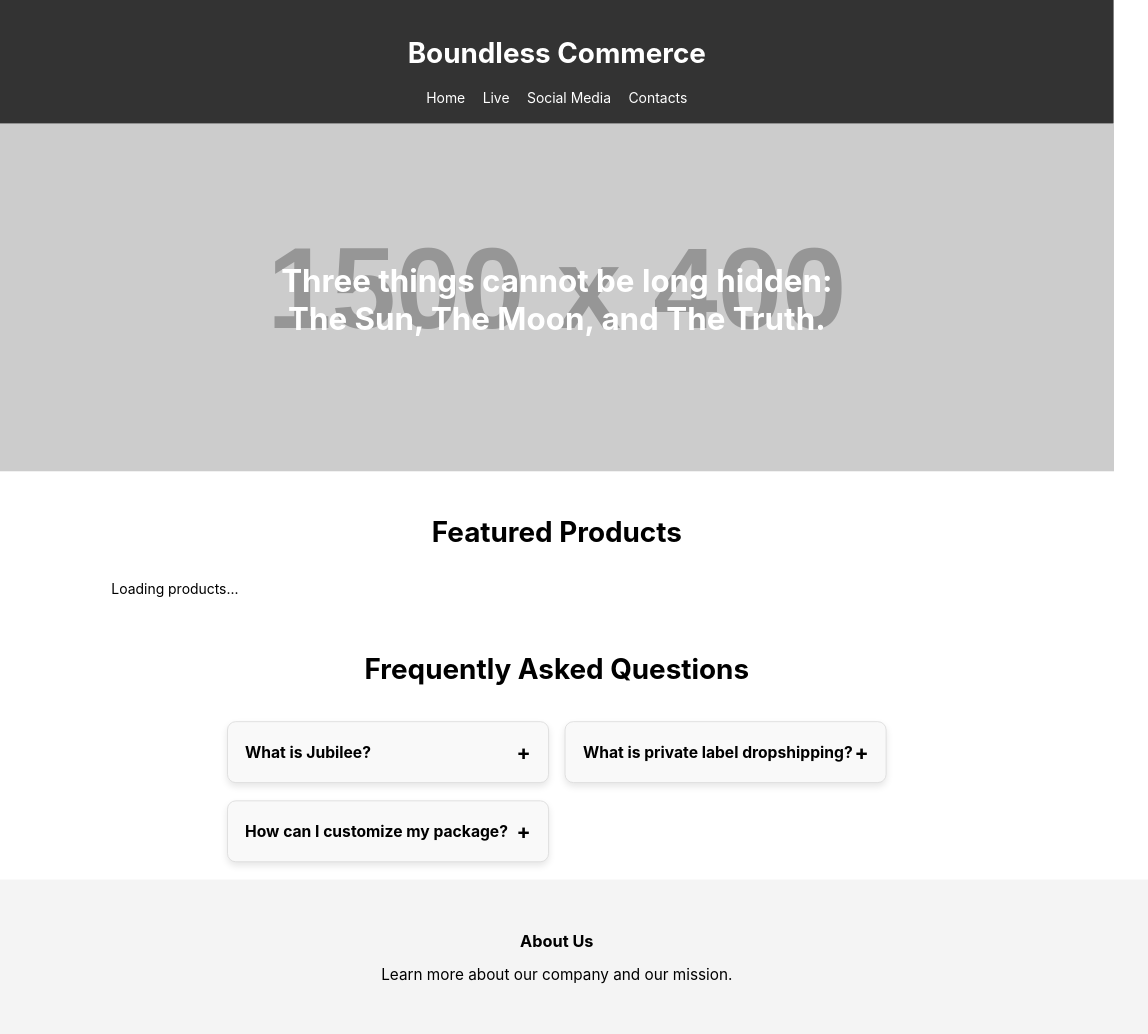
Repository: Nn-Exe/chunar-ecommerce
Page: / (app in ecommerce-frontend/)
The author's editor kept a copy of each file at every save. The page is drawn from the files as they stood at one save, then again after the next save.
The browser window is 1280 px wide. The page is 1320 px wide, so the pictures cover 1320 px, including what lies to the right of the window. The pictures show the whole page, at 87% of full size.
The page's requests for data from a server got no answer. The project was rebuilt for these pictures with package versions that can differ from the ones it lists, and the page was loaded fresh each time. No one was signed in, and anything a server would have sent is missing.

Above is the page before, as saved 2024-09-11 14:34:10.

### ecommerce-frontend/src/App.js
import React, { useState, useEffect } from 'react';
import './App.css';
import { BrowserRouter as Router, Route, Routes } from 'react-router-dom';  // Importing React Router
import Navbar from './components/Navbar';  // Correct way to import default export
import HeroSection from './components/HeroSection';  // Correct way to import default export
import ProductList from './components/ProductList';  // Correct way to import default export
import Faq from './components/Faq';  // Import the Faq component from the components folder

// Home page component (the default view)
function Home({ products }) {
  return (
    <div className="home-page">
      {/* Hero Section */}
      <div className="hero-container">
        <HeroSection />
      </div>

      {/* Featured Products Section */}
      <section className="products-section">
        <div className="section-header">
          <h2>Featured Products</h2>
        </div>

        <div className="product-grid">
          <ProductList products={products} />
        </div>
      </section>

      <br />

      {/* FAQ Section */}
      <Faq />  {/* Using the imported Faq component */}

      {/* Add more sections here */}

      <br />

      <section className="about-section">
        <div className="about-content">
          <h3>About Us</h3>
          <p>Learn more about our company and our mission.</p>
        </div>
      </section>
    </div>
  );
}

// Other page components
function Live() {
  return <h2>Live Page</h2>;
}

function Contacts() {
  return <h2>Contacts Page</h2>;
}

function SocialMedia() {
  // External link can be opened using an anchor tag, so no need for a separate page.
  window.location.href = "https://linktr.ee/chunar.co";  // Redirect to external social media page
  return null;
}

function App() {
  const [products, setProducts] = useState([]);

  useEffect(() => {
    fetch('http://localhost:5000/api/products')
      .then((response) => response.json())
      .then((data) => setProducts(data))
      .catch((error) => console.error('Error fetching products:', error));
  }, []);

  return (
    <Router>
      <div className="App">
        <header className="App-header">
          <h1>Boundless Commerce</h1>
          <Navbar />
        </header>

        <Routes>
          {/* Home page route */}
          <Route path="/" element={<Home products={products} />} />

          {/* Other pages */}
          <Route path="/live" element={<Live />} />
          <Route path="/contacts" element={<Contacts />} />

          {/* Redirect to external social media link */}
          <Route path="/social-media" element={<SocialMedia />} />
        </Routes>
      </div>
    </Router>
  );
}

export default App;

### ecommerce-frontend/src/App.css
/* ------------- Main Structure ------------ */

.App-header {
  background-color: #333;
  color: white;
  padding: 20px;
  text-align: center;
}

nav ul {
  list-style-type: none;
  padding: 0;
  margin: 0;
  display: flex;
  justify-content: center;
  gap: 20px;
}

nav ul li a {
  color: white;
  text-decoration: none;
  font-size: 16px;
}

.hero {
  position: relative;
  text-align: center;
}

.hero-banner {
  width: 100%;
  height: 400px;
  object-fit: cover;
}

.hero-text {
  position: absolute;
  top: 50%;
  left: 50%;
  transform: translate(-50%, -50%);
  color: white;
  font-size: 24px;
  font-weight: bold;
}

.products {
  padding: 40px;
  text-align: center;
}

.product-list {
  display: grid;
  grid-template-columns: repeat(5, 1fr);
  gap: 20px;
}

.product-card {
  border: 1px solid #ddd;
  padding: 20px;
  text-align: center;
  transition: transform 0.3s;
}

.product-card img {
  max-width: 100%;
  height: auto;
  margin-bottom: 10px;
}

.product-card:hover {
  transform: scale(1.05);
}


.product-card img {
  width: 200px;
  height: 200px;
  object-fit: cover;   /* Ensures the image covers the given area */
  border-radius: 10px; /* Optional: adds rounded corners */
}



/* ----------- Home Div -------------- */

/* App.css */

.home-page {
  display: flex;
  flex-direction: column;
  align-items: center;
}

/* Hero Section */
.hero-container {
  width: 100%;
  margin-bottom: 20px;
}

/* Products Section */
.products-section {
  width: 80%;
  margin: 0 auto;
}

.section-header h2 {
  text-align: center;
  font-size: 2rem;
  margin-bottom: 20px;
}

/* Product Grid
.product-grid {
  display: grid;
  grid-template-columns: repeat(3, 1fr);
  gap: 20px;
}

.product-card {
  border: 1px solid #ddd;
  padding: 20px;
  text-align: center;
} */

/* About Section */
.about-section {
  background-color: #f4f4f4;
  padding: 40px;
  width: 100%;
  text-align: center;
}

.about-section h3 {
  margin-bottom: 10px;
}

.about-section p {
  font-size: 1.1rem;
}


/* ----------- FAQ Section ---------------- */


/* Center the FAQ section */
.faq-section {
  max-width: 1200px;
  margin: 0 auto;
  text-align: center; /* Center the FAQ header */
}

/* Style the header separately */
.faq-section h2 {
  font-size: 32px;
  margin-bottom: 40px;
}

/* Grid layout for the FAQ items (excluding the header) */
.faq-items {
  display: grid;
  grid-template-columns: repeat(2, minmax(0, 1fr)); /* Two columns per row, independent sizing */
  gap: 20px; /* Space between the FAQ items */
  justify-items: center; /* Center the items */
  align-items: start; /* Align items at the top */
}

/* Style each FAQ item */
.faq-item {
  border: 1px solid #ddd;
  border-radius: 10px;
  width: 100%; /* Ensure FAQ bubbles are the same size initially */
  background-color: #f9f9f9;
  box-shadow: 0 4px 8px rgba(0, 0, 0, 0.1);
  transition: transform 330ms ease-in-out; /* Smooth scaling transition */
  transform-origin: center; /* Ensures scaling happens from the center */
}

.faq-item.active {
  transform: scale(1.05); /* Scale up slightly on toggle */
}

.faq-item:hover {
  transform: scale(1.02); /* Slightly enlarge on hover */
}

/* Style the FAQ question (clickable area) */
.faq-question {
  padding: 20px;
  cursor: pointer;
  display: flex;
  justify-content: space-between;
  align-items: center;
  font-weight: bold;
  font-size: 18px;
}

/* Style the FAQ answer */
.faq-answer {
  padding: 0 20px;
  overflow: hidden;
  max-height: 0; /* Initially hidden */
  opacity: 0;
  transition: max-height 0.5s ease, opacity 0.5s ease; /* Smooth animation */
}

/* When the FAQ item is active, show the answer with a smooth transition */
.faq-item.active .faq-answer {
  max-height: 500px; /* Adjust based on expected content height */
  opacity: 1;
  padding-bottom: 20px; /* Add padding for better spacing when expanded */
}

/* Style the icon for toggling */
.icon {
  font-size: 24px;
  font-weight: bold;
  transition: transform 0.3s ease; /* Smoothly rotate the icon */
}

.faq-item.active .icon {
  transform: rotate(45deg); /* Rotate icon when active */
}

### ecommerce-frontend/src/components/Navbar.js
import React from 'react';
import { Link } from 'react-router-dom';

function Navbar() {
  return (
    <nav>
      <ul>
        <li><Link to="/">Home</Link></li>  {/* Links to the home page */}
        <li><Link to="/live">Live</Link></li>  {/* Links to the live page */}
        <li><a href="https://linktr.ee/chunar.co" target="_blank" rel="noopener noreferrer">Social Media</a></li> {/* Opens external link in new tab */}
        <li><Link to="/contacts">Contacts</Link></li>  {/* Links to the contacts page */}
      </ul>
    </nav>
  );
}

export default Navbar;

### ecommerce-frontend/src/components/HeroSection.js
import React from 'react';

function HeroSection() {
  return (
    <section className="hero">
      <img src="https://via.placeholder.com/1500x400" alt="Banner" className="hero-banner" />
      <div className="hero-text">
        <h2>Three things cannot be long hidden: The Sun, The Moon, and The Truth.</h2>
      </div>
    </section>
  );
}

export default HeroSection;  // Ensure you have this line

### ecommerce-frontend/src/components/ProductList.js
import React from 'react';

function ProductList({ products }) {
  return (
    <div className="product-list">
      {products.length === 0 ? (
        <p>Loading products...</p>
      ) : (
        products.map((product) => (
          <div key={product.id} className="product-card">
              <img
                src={product.image}
                alt={product.name}
                className="product-image"
              />
            <h3>{product.name}</h3>
            <p>{product.description}</p>
            <p>${product.price}</p>
          </div>
        ))
      )}
    </div>
  );
}

export default ProductList;

### ecommerce-frontend/src/components/Faq.js
import React, { useState } from 'react';

const Faq = () => {
  const [activeIndex, setActiveIndex] = useState(null);

  const toggleFaq = (index) => {
    setActiveIndex(activeIndex === index ? null : index);
  };

  return (
    <div className="faq-section">
      <h2>Frequently Asked Questions</h2>

      <div className="faq-items"> {/* Grid layout for the items */}
        <div className={`faq-item ${activeIndex === 0 ? 'active' : ''}`}>
          <div className="faq-question" onClick={() => toggleFaq(0)}>
            <span>What is Jubilee?</span>
            <span className="icon">{activeIndex === 0 ? '-' : '+'}</span>
          </div>
          {activeIndex === 0 && (
            <div className="faq-answer">
              <p>Jubilee is a dropshipping marketplace that lets you build your own cosmetic and skincare line with minimal upfront costs...</p>
            </div>
          )}
        </div>

        <div className={`faq-item ${activeIndex === 1 ? 'active' : ''}`}>
          <div className="faq-question" onClick={() => toggleFaq(1)}>
            <span>What is private label dropshipping?</span>
            <span className="icon">{activeIndex === 1 ? '-' : '+'}</span>
          </div>
          {activeIndex === 1 && (
            <div className="faq-answer">
              <p>Private label dropshipping allows you to sell products from suppliers with your own branding...</p>
            </div>
          )}
        </div>

        <div className={`faq-item ${activeIndex === 2 ? 'active' : ''}`}>
          <div className="faq-question" onClick={() => toggleFaq(2)}>
            <span>How can I customize my package?</span>
            <span className="icon">{activeIndex === 2 ? '-' : '+'}</span>
          </div>
          {activeIndex === 2 && (
            <div className="faq-answer">
              <p>Private labeling is a great way to showcase your brand...</p>
            </div>
          )}
        </div>
      </div>
    </div>
  );
};

export default Faq;

Loaded but not shown: ecommerce-frontend/public/index.html (common file); ecommerce-frontend/src/index.js (common file); ecommerce-frontend/src/index.css (common file); ecommerce-frontend/src/reportWebVitals.js (common file)

After the next save:
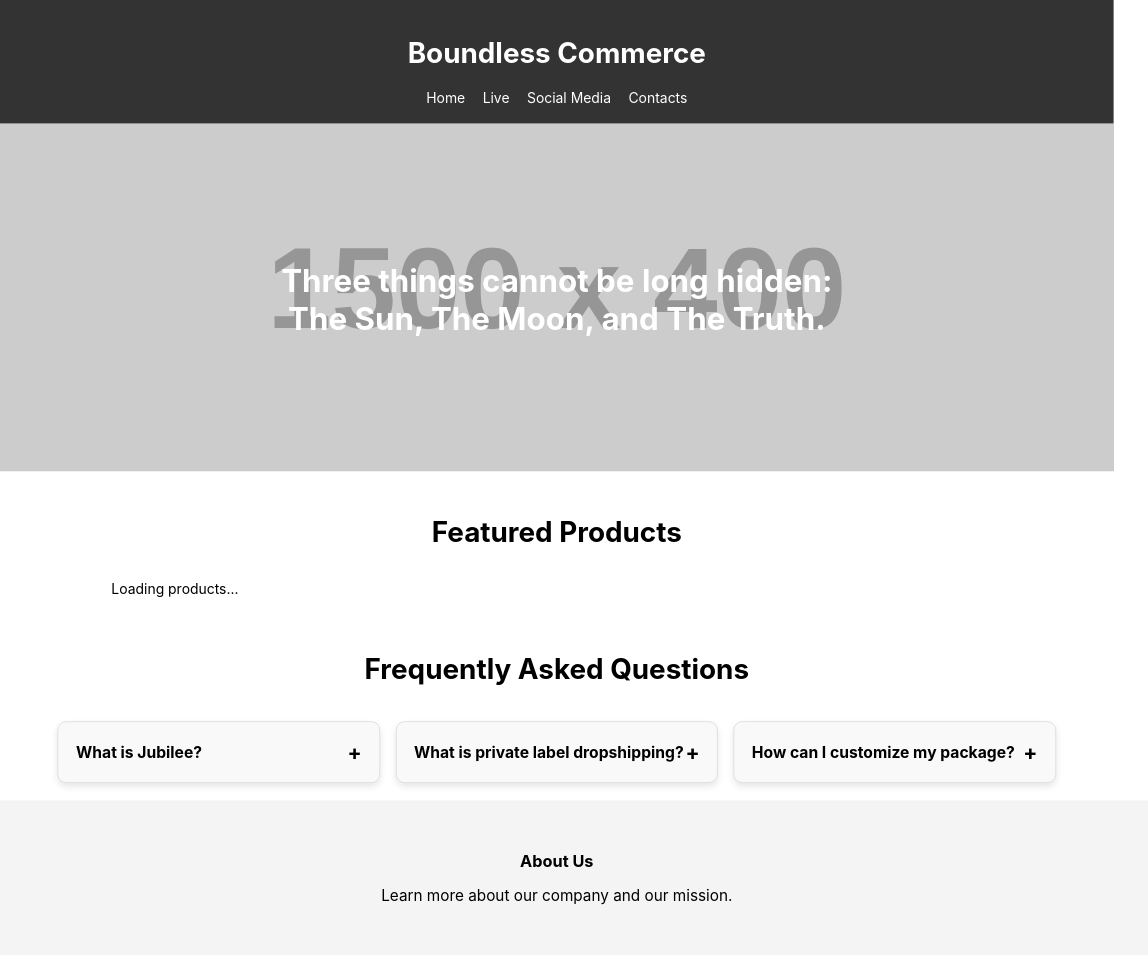
Saved 18 s later.
--- a/ecommerce-frontend/src/App.css
+++ b/ecommerce-frontend/src/App.css
@@ -158,7 +158,7 @@ nav ul li a {
 /* Grid layout for the FAQ items (excluding the header) */
 .faq-items {
   display: grid;
-  grid-template-columns: repeat(2, minmax(0, 1fr)); /* Two columns per row, independent sizing */
+  grid-template-columns: repeat(3, minmax(0, 1fr)); /* Two columns per row, independent sizing */
   gap: 20px; /* Space between the FAQ items */
   justify-items: center; /* Center the items */
   align-items: start; /* Align items at the top */
